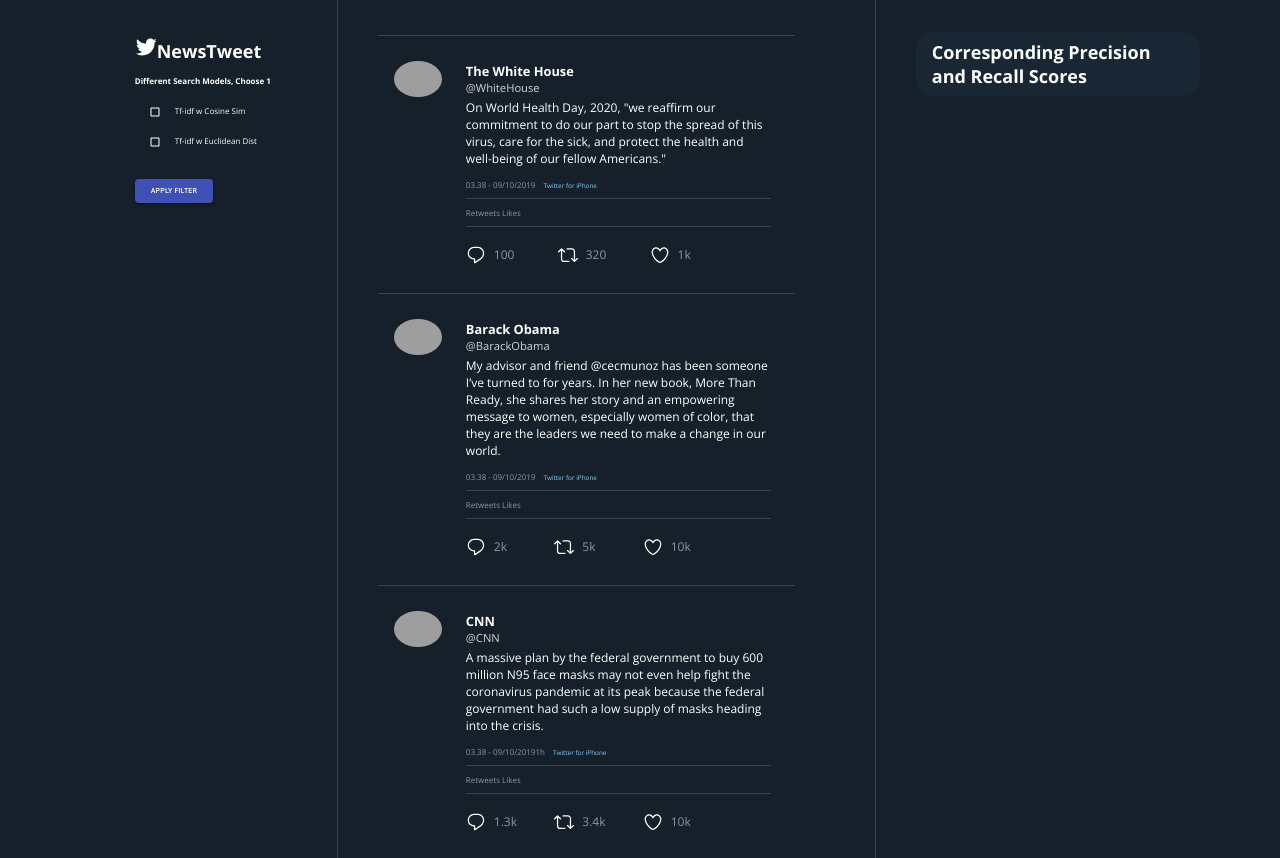
Repository: Dustyik/TwitterAIproj
Page: / (app in FrontEnd/)
An editor plug-in stored every save of this project. The page is shown before and after the next save, followed by the edit.
The browser window is 1280 px wide. The pictures show the whole page.
Pictures or frames that could not be fetched are drawn as grey boxes. The page's requests for data from a server got no answer. The project was rebuilt for these pictures with package versions that can differ from the ones it lists, and the page was loaded fresh each time. No one was signed in, and anything a server would have sent is missing. Also part of the build but not shown: FrontEnd/src/components/trending/Trend.js, FrontEnd/src/components/trending/TrendsList.js, FrontEnd/src/components/trending/FollowSuggestionCard.js, FrontEnd/src/styles/FollowList.css, FrontEnd/src/components/trending/FollowSuggestionsList.js, FrontEnd/src/components/StatusCard.js, FrontEnd/src/pages/Status.js, FrontEnd/src/components/profile/ProfileHead.js and 3 more.

Above is the page before, as saved 2021-08-03 00:41:09.

### FrontEnd/public/index.html
<!DOCTYPE html>
<html lang="en">

<head>
  <meta charset="utf-8" />
  <link rel="icon" href="%PUBLIC_URL%/favicon.ico" />
  <meta name="viewport" content="width=device-width, initial-scale=1" />
  <meta name="theme-color" content="#000000" />
  <meta name="description" content="Web site created using create-react-app" />
  <link rel="apple-touch-icon" href="%PUBLIC_URL%/logo192.png" />
  <link href="https://fonts.googleapis.com/css2?family=Open+Sans:wght@400;700&display=swap" rel="stylesheet">
  <!--
      manifest.json provides metadata used when your web app is installed on a
      user's mobile device or desktop. See https://developers.google.com/web/fundamentals/web-app-manifest/
    -->
  <link rel="manifest" href="%PUBLIC_URL%/manifest.json" />
  <!--
      Notice the use of %PUBLIC_URL% in the tags above.
      It will be replaced with the URL of the `public` folder during the build.
      Only files inside the `public` folder can be referenced from the HTML.

      Unlike "/favicon.ico" or "favicon.ico", "%PUBLIC_URL%/favicon.ico" will
      work correctly both with client-side routing and a non-root public URL.
      Learn how to configure a non-root public URL by running `npm run build`.
    -->
  <title>React App</title>
</head>

<body>
  <noscript>You need to enable JavaScript to run this app.</noscript>
  <div id="root"></div>
  <!--
      This HTML file is a template.
      If you open it directly in the browser, you will see an empty page.

      You can add webfonts, meta tags, or analytics to this file.
      The build step will place the bundled scripts into the <body> tag.

      To begin the development, run `npm start` or `yarn start`.
      To create a production bundle, use `npm run build` or `yarn build`.
    -->
</body>

</html>

### FrontEnd/src/App.js
import React from 'react';
import { BrowserRouter as Router, Route } from 'react-router-dom';
import './App.css';
import { Sidebar } from './components/Sidebar';
import { Home } from './pages/Home';
import { Trending } from './components/trending/Trending';
import { GlobalProvider } from './context/GlobalState';
import { Status } from './pages/Status';
import ScrollToTop from './utils/ScrollToTop';
import { Profile } from './pages/Profile';

function App() {
  return (
    <GlobalProvider >
      <Router >

        <ScrollToTop>
          <div className="App">
            <div className="side-nav">
              <Sidebar />
            </div>
            <div className="main trending">

              <Route exact path="/" component={Home} />
              { /*
              <Route exact path="/:id" component={Profile} />
              <Route exact path="/status/:id" component={Status} />
              */}


            </div>

            <div className="trending">
              <Trending />
            </div>
          </div>
        </ScrollToTop>

      </Router>
    </GlobalProvider>
  );
}

export default App;

### FrontEnd/src/App.css
:root {
    --body-bg        : rgb(21, 32, 43);
    --sky-blue       : rgba(29, 161, 242, 1.00);
    --light          : rgba(255, 255, 2555);
    --grey           : rgb(136, 153, 166);
    --border         : rgb(56, 68, 77);
    --thick-border   : rgb(37, 51, 65);
    --thick-border   : rgb(37, 51, 65);
    --card-background: rgb(25, 39, 52);
}

body {
    background-color: var(--body-bg);
    font-family     : 'Open Sans', sans-serif;
    padding         : 0;
    margin          : 0;
    color           : var(--light);
}

html {
    font-size: 8px;
}

::-webkit-input-placeholder {
    /* Chrome/Opera/Safari */
    font-size  : 2.5rem;
    color      : #9197a3;
    font-weight: 400;
}

::-moz-placeholder {
    /* Firefox 19+ */
    font-size  : 2.5rem;
    color      : #9197a3;
    font-weight: 400;
}

:-ms-input-placeholder {
    /* IE 10+ */
    font-size  : 2.5rem;
    color      : #9197a3;
    font-weight: 400;
}

:-moz-placeholder {
    /* Firefox 18- */
    font-size  : 2.5rem;
    color      : #9197a3;
    font-weight: 400;
}

.App {
    display              : grid;
    grid-template-columns: 2.5fr 4fr 3fr;
}

.side-nav {
    padding-left: 40%;
    padding-top : 3rem;
}

.side-nav svg {
    fill : var(--light);
    width: 2.75rem;
}

.side-nav svg:hover {
    fill: var(--sky-blue);
}

.side-nav-item {
    padding: 2rem 0;

}

.side-nav .side-nav-item .side-nav-text {
    font-size     : 2.25rem;
    font-weight   : 700;
    color         : var(--light);
    padding-left  : 3rem;
    vertical-align: bottom;
}

.avatar {
    display: inline;
}

.avatar img {
    border-radius: 50%;
}


/* helper classes */
.p-0 {
    padding: 0
}


.pl-0 {
    padding-left: 0
}

.p-1 {
    padding: 1rem;
}

.p-2 {
    padding: 2rem
}

.pr-0 {
    padding-right: 0
}

.pb-1 {
    padding-bottom: 1rem;
}

.m-0 {
    margin: 0
}

.mb-0 {
    margin-bottom: 0;
}

.text-center {
    text-align: center;
}

.w-100 {
    width: 100%;
}

.pl-1 {
    padding-left: 1rem;
}

.pr-1 {
    padding-right: 1rem;
}

ul {
    list-style: none;
}

.flex-align-center {
    display    : flex;
    align-items: center;
}

.flex-space-between {
    display        : flex;
    justify-content: space-between;
}

.inline-block {
    display: inline-block;

}


.btn {
    color      : var(--light);
    font-weight: 700;
    cursor     : pointer;
    border     : none;
    background : transparent;
}

.tweet-btn {
    border-radius   : 4rem;
    font-size       : 2rem;
    padding         : 1.5rem;
    background-color: var(--sky-blue);
    width           : 80%;
}

.follow-btn {
    border-radius: 3rem;
    font-size    : 2rem;
    padding      : 0.5rem;
    font-weight  : 700;
    color        : var(--sky-blue);
    border       : 1px solid var(--sky-blue);
}

.pointer {
    cursor: pointer;
}

.bold-dull-para {
    font-size: 1.75rem;
    color    : var(--grey);
}

a {
    text-decoration: none;
    color          : inherit;
}

h1 {
    font-size  : 2.25rem;
    font-weight: 700;
    color      : var(--light);
}

h2 {
    font-size  : 2rem;
    font-weight: 700;
    color      : var(--light);
}

input:focus {
    outline: none;
}

### FrontEnd/src/components/Sidebar.js
import React, {useState, useContext} from 'react';
import { Logo, HomeIcon, ExploreIcon, NotificationIcon, MessageIcon, BookmarkIcon, ListsIcon, MoreIcon } from '../images/svg/svgs';
import { SmallAvatar } from '../images/avatars';
import { Checkbox } from '@material-ui/core';
import { Button } from '@material-ui/core';
import * as API from "../apifunctions"
import { GlobalContext } from '../context/GlobalState'
import { uniqueNamesGenerator, Config, adjectives, colors, animals } from 'unique-names-generator';


const SEARCH_MODELS = ["Tf-idf w Cosine Sim", "Tf-idf w Euclidean Dist"]

export const Sidebar = () => {
    const profImageurl = 'https://pbs.twimg.com/profile_images/1247964769669136385/KVCROk2D_bigger.jpg';
    const [searchModelsLocalState, setSearchModelsLocalState] = useState([])

    const {setSearchModels, searchModels, title, removeAllTweets, addTweet} = useContext(GlobalContext);

    const checkBoxToggled = (event) => {
        const id = event.id
        const checkValue = event.checked

        if (checkValue){
            setSearchModels(id)
            setSearchModelsLocalState(id)
        }
    }

    const applyFilter = () => {
        API.applySearchFilters(searchModels, title.title, title.id).then(
            res => {
                const data = JSON.parse(res.data);
                removeAllTweets()
                console.log(data)


                const relevanceData = data.relevance
                const tweetData = data.text
                const tweetIdData = data.id
                const relatedArticlesData = data.related_article
                for (let i = 0; i < Object.keys(relevanceData).length; i++){
                    let pxSize = 140 + i*3
                    const newTweet = {
                        name: uniqueNamesGenerator({dictionaries: [adjectives, colors, animals]}),
                        tweet: tweetData[i],
                        relevance: relevanceData[i],
                        image: `https://placeimg.com/${pxSize}/${pxSize}/any`
                    }
                    addTweet(newTweet)
                }
            }
        )
    }

    const createCheckBoxes = () =>
        SEARCH_MODELS.map((e) => {

            return (
                <div>
                <Checkbox
                size = "medium"
                id = {e}
                onChange = {(e) => checkBoxToggled(e.target)}
                checked = {searchModelsLocalState == e}
                >
                </Checkbox>
                {e}

                </div>
            )
        }
    )


    const checkBoxes = createCheckBoxes()

    return (
        <div>
            <div className="side-nav-header">

                <h1>
                <Logo />
                    NewsTweet
                </h1>
            </div>
            <h4>
                Different Search Models,
                Choose 1
            </h4>



            {checkBoxes}

            <div>
                &nbsp;
            </div>
            <div>
                &nbsp;
            </div>

            <Button
                onClick = {applyFilter}
                variant="contained" color="primary">
                Apply Filter
            </Button>



        </div>
    )
}

### FrontEnd/src/components/trending/Trending.js
import React from 'react';
import '../../styles/Trending.css';
import { SearchIcon } from '../../images/svg/svgs'
import { TrendsList } from './TrendsList';
import { FollowSuggestionsList } from './FollowSuggestionsList';


export const Trending = () => {
    return (
        <>
            <div>

                <div className="trends-list m-0">
                    {/*
                    <TrendsList />
                    */}
                    <h1>
                    Corresponding Precision and Recall Scores
                    </h1>
                </div>
                {/*
                <div className="follow-list">
                    <FollowSuggestionsList />
                </div>
                */}
            </div>
        </>
    )
}

### FrontEnd/src/utils/ScrollToTop.js
import React, { useEffect, Fragment } from 'react';
import { withRouter } from 'react-router-dom';

function ScrollToTop({ history, children }) {
    useEffect(() => {
        const unlisten = history.listen(() => {
            window.scrollTo(0, 0);
        });
        return () => {
            unlisten();
        }
    }, []);

    return <Fragment>{children}</Fragment>;
}

export default withRouter(ScrollToTop);

### FrontEnd/src/images/avatars.js
import React from 'react'

export const SmallAvatar = ({ width, image }) => {
    return (
        <div className="avatar">
            <img width={width} src={image} alt="avatar" />
        </div>
    )
}

### FrontEnd/src/apifunctions.js
import axios from 'axios';

export const getTweets = () => {
    return axios.get("http://localhost:5000/getTweets")
}

export const applySearchFilters = (data, title, id) => {
    return axios.post("http://localhost:5000/applySearchModels", {
            data: data,
            queryTitle: title,
            articleId: id

        }
    )
}

### FrontEnd/src/styles/Main.css
/* main styles */
.main {
    border-left : 1px solid var(--border);
    border-right: 1px solid var(--border);
    ;
}

.home {
    padding-left : 2.5rem;
    border-bottom: 1px solid var(--border);
}

.new-tweet {
    padding              : 1rem;
    display              : grid;
    grid-template-columns: 1fr 9fr;
    border-bottom        : 1rem solid var(--thick-border);
}

.new-tweet .left,
.right {
    padding: 0 1rem;
}

.new-tweet input {
    padding    : 2rem 0;
    background : transparent;
    border     : none;
    color      : var(--light);
    font-size  : 2rem;
    font-weight: 700;
}

.new-tweet-options {
    padding-right  : 1rem;
    display        : flex;
    justify-content: space-between;
    align-items    : center;
}

.new-tweet .add-icons {
    margin-right: 1rem;
}

.new-tweet .add-icons svg {
    width  : 3rem;
    fill   : var(--sky-blue);
    padding: 1rem;
}

.new-tweet .add-icons svg:first-child {
    padding-left: 0;
}

### FrontEnd/src/components/TweetList.js
import React, { useContext } from 'react'
import TweetCard from './TweetCard'
import { GlobalContext } from '../context/GlobalState'

export const TweetList = () => {
    const { tweets } = useContext(GlobalContext);

    return (
        <>
            {tweets.map((tweet, index) => (<TweetCard key={index} tweet={tweet} />))}
        </>
    )
}

### FrontEnd/src/styles/Trending.css
.trending {
    padding: 1rem 10rem 1rem 5rem;
}

.trending .search-box {
    width     : 100%;
    background: transparent;

    background-color: var(--thick-border);
    border-radius   : 5rem;
    border          : none;
}

.trending .search-box svg {
    width       : 3rem;
    fill        : var(--grey);
    padding-left: 1rem;

}

.trending .search-box input {
    padding   : 1.5rem;
    font-size : 2rem;
    width     : 100%;
    background: transparent;
    border    : none;
    color     : var(--light);
}

.trends-list {
    background-color: var(--card-background);
    border-radius   : 2rem;
    margin-top      : 3rem;
}

.trends-list h1 {
    padding: 1rem 2rem;

}

.trends-for-you {
    padding-right: 1rem;
}

.trends-for-you svg {
    width: 3.5rem;
    fill : var(--sky-blue);
}

.trends-card {
    border-top   : 1px solid var(--border);
    border-bottom: 1px solid var(--border);
    padding      : 2rem;
}

.trends :last-child {
    border-bottom: none;
}

.trends-topic {
    font-size: 1.5rem;
    color    : var(--grey);
}

.trend-tweet-count {
    font-size: 1.75rem;
    color    : var(--grey);
}



.trending ::-webkit-input-placeholder {
    /* Chrome/Opera/Safari */
    font-size  : 2rem;
    color      : #9197a3;
    font-weight: 400;
}

.trending ::-moz-placeholder {
    /* Firefox 19+ */
    font-size  : 2rem;
    color      : #9197a3;
    font-weight: 400;
}

.trending :-ms-input-placeholder {
    /* IE 10+ */
    font-size  : 2rem;
    color      : #9197a3;
    font-weight: 400;
}

.trending :-moz-placeholder {
    /* Firefox 18- */
    font-size  : 2rem;
    color      : #9197a3;
    font-weight: 400;
}

### FrontEnd/src/context/AppReducer.js
const MAX = 30
const MIN = 0

export default (state, action) => {
    switch (action.type) {
        case 'DELETE_TRANSACTION':
            return {
                ...state,
                transactions: state.transactions.filter(transaction => transaction.id !== action.payload)
            }
        case 'ADD_TWEET':
            const newTweet = {
                user: {
                    name: action.payload.name,
                    image: action.payload.image,
                    handle: `@${action.payload.name}`,
                },
                tweet: {
                    content: action.payload.tweet,
                    image: null,
                    comments: Math.floor(Math.random()*(MAX-MIN)+MIN),
                    retweets: Math.floor(Math.random()*(MAX-MIN)+MIN),
                    likes: Math.floor(Math.random()*(MAX-MIN)+MIN),
                    relevance: action.payload.relevance
                }
            };
            return {
                ...state,
                tweets: [...state.tweets, newTweet]
            }

        case "SET_TWEETS":
            return {
            ...state,
            tweets: action.payload
        }

        case "SET_SEARCH_MODEL":
            return {
            ...state,
            searchModels: action.payload
        }

        case "REMOVE_ALL_TWEETS":
            return {
            ...state,
            tweets: []
        }


        default:
            return state
    }
}

### FrontEnd/src/components/TweetCard.js
import React, { Component } from 'react';
import '../styles/TweetCard.css';
import { SmallAvatar } from '../images/avatars'
import { TweetCommentIcon, TweetRetweetIcon, TweetLikeIcon, TweetSendIcon } from '../images/svg/svgs';
import { Link } from 'react-router-dom';

export default class TweetCard extends Component {
    tweet = this.props.tweet;
    profImageurl = 'https://pbs.twimg.com/profile_images/1247964769669136385/KVCROk2D_bigger.jpg';

    handleRouting = (e) => {
        // e.preventDefault();
        // debugger
        // this.props.history.push('data')
    }
    render() {
        return (
            <div className="tweet-card">
                <div className="left">
                    <SmallAvatar width="48" image={this.tweet.user.image} />
                </div>
                <div className="right">
                    <div className="tweet-card-head">
                        <span className="tweet-card-name" >{this.tweet.user.name}</span>
                    </div>
                    <span className="tweet-card-handle">{this.tweet.user.handle}</span>

                    <div className="tweet-card-body">

                    <div className="tweet-card-content">
                        <p className="m-0">{this.tweet.tweet.content}</p>
                    </div>

                    <span className="tweet-card-time">
                        03.38 - 09/10/2019{this.tweet.tweet.time}
                        <span className="tweet-card-shotoniphone">
                            Twitter for iPhone
                        </span>
                    </span>

                    <div className="tweet-middle-border"/>
                    <span className="tweet-retweets-likes">
                        Retweets Likes
                    </span>

                    <div className="tweet-middle-border"/>





                    <div className="tweet-card-footer">
                        <span className="flex-align-center"><TweetCommentIcon /> <span className="tweet-cars-icon">{this.tweet.tweet.comments}</span></span>
                        <span className="flex-align-center"><TweetRetweetIcon /><span className="tweet-cars-icon">{this.tweet.tweet.retweets}</span></span>
                        <span className="flex-align-center"><TweetLikeIcon /><span className="tweet-cars-icon">{this.tweet.tweet.likes}</span></span>
                        { /*<span className="flex-align-center"><TweetSendIcon /></span> */}
                        </div>
                    </div>
                </div>
            </div>
        )
    }
}

### FrontEnd/src/styles/StatusCard.css
.tweets {}

.status-card {
    /* padding              : 1rem;
    display                 : grid;
    grid-template-columns   : 1fr 9fr; */
    border-bottom           : 0.5px solid var(--border);
    border-top              : 0.5px solid var(--border);

}

.status-card .left,
.right {
    padding: 2rem;
}

.status-card .left {
    display    : flex;
    align-items: center;

}

.status-card .right {
    padding-top: 0;
}

.status-card .status-card-name {
    font-size    : 2rem;
    font-weight  : 700;
    padding-right: 1rem;
}

.status-card .status-card-handle,
.status-card-time {
    font-size: 1.5rem;
    color    : var(--grey);
}

.status-card .status-card-body .status-card-content p {
    font-size : 2.5rem;
    margin-top: .5rem;
}

.status-card .status-card-body .status-card-image {
    margin-top: 2rem;
}

.status-card .status-card-body .status-card-image img {
    width        : 100%;
    border-radius: 20px;
}

.status-card .status-card-footer {
    padding-right: 10rem;
    display      : flex;

    justify-content: space-around;
    padding-top    : 1rem;
    width          : 100%;
}

.status-card .status-card-footer svg {
    fill : var(--grey);
    width: 2.5rem;
}

.status-card .status-card-footer .tweet-cars-icon {
    line-height : 2;
    font-size   : 1.5rem;
    color       : var(--grey);
    padding-left: 1rem;
}

.status {
    display    : flex;
    align-items: center;
    padding    : 0 2rem;
    display    : flex;
    align-items: center;
}

.status h1 {
    display     : inline-block;
    padding-left: 1rem;
}

.status svg {
    width: 4rem;
    fill : var(--sky-blue);
}

### FrontEnd/src/styles/TweetCard.css


.tweet-card {
    padding              : 1rem;
    display              : grid;
    grid-template-columns: 1fr 9fr;
    border-top           : 0.5px solid var(--border);

}
.tweet-middle-border {
    margin-top              : 1rem;
    margin-bottom             : 1rem;
    border-top           : 0.1px solid var(--border);
}

.left{
    padding: 0 1rem;
    margin-top: 25px;
}

.tweet-card-shotoniphone{
    margin-left: 1rem;
    font-size: 0.8rem;
    color    : lightskyblue;
}

.tweet-card-time{
    display:inline-block;
    padding-top: 1.5rem;
    font-size: 1rem;
    color    : var(--grey);
}

.tweet-retweets-likes {
    display:inline-block;
    font-size: rem;
    color    : var(--grey);
}

.tweet-card, .right {
    padding: 0 1rem;
    margin-top: 10px;
}

.tweet-card .tweet-card-head .tweet-card-name {
    font-size    : 1.6rem;
    padding-right: 1rem;
    font-weight: bold;
}

.tweet-card .tweet-card-head .tweet-card-name:hover {
    text-decoration: underline;
}

.tweet-card-handle {
    font-size    : 1.4rem;
    padding-right: 1rem;
    font-weight: lighter;
    color: lightgray;
}

.tweet-card .tweet-card-body .tweet-card-content p {
    font-size : 1.5rem;
    margin-top: .5rem;
}

.tweet-card .tweet-card-body .tweet-card-image {
    margin-top: 2rem;
}

.tweet-card .tweet-card-body .tweet-card-image img {
    width        : 100%;
    border-radius: 20px;
}

.tweet-card .tweet-card-footer {
    padding-right  : 10rem;
    display        : flex;
    justify-content: space-between;
    padding-top    : 1rem;
}

.tweet-card .tweet-card-footer svg {
    fill : white;
    width: 2.5rem;
}

.tweet-card .tweet-card-footer .tweet-cars-icon {
    line-height : 2;
    font-size   : 1.5REM;
    color       : var(--grey);
    padding-left: 1rem;
}

Loaded but not shown: FrontEnd/src/index.js (common file); FrontEnd/src/images/svg/svgs.js (66 lines, source omitted); FrontEnd/src/context/GlobalState.js (113 lines, source omitted); FrontEnd/src/pages/Home.js (92 lines, source omitted)

After the next save:
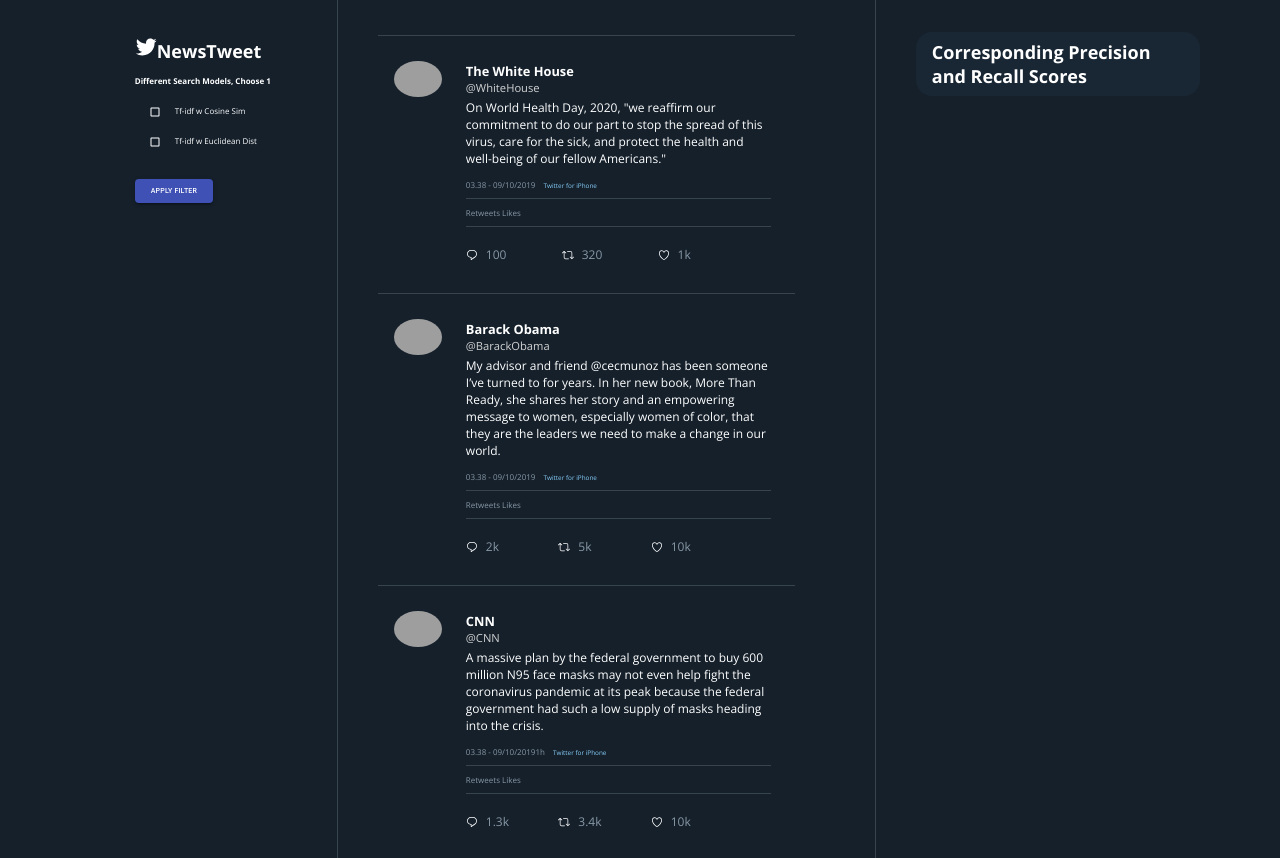
Saved 4 s later.
--- a/FrontEnd/src/styles/TweetCard.css
+++ b/FrontEnd/src/styles/TweetCard.css
@@ -82,7 +82,7 @@
 
 .tweet-card .tweet-card-footer svg {
     fill : white;
-    width: 2.5rem;
+    width: 1.5rem;
 }
 
 .tweet-card .tweet-card-footer .tweet-cars-icon {
